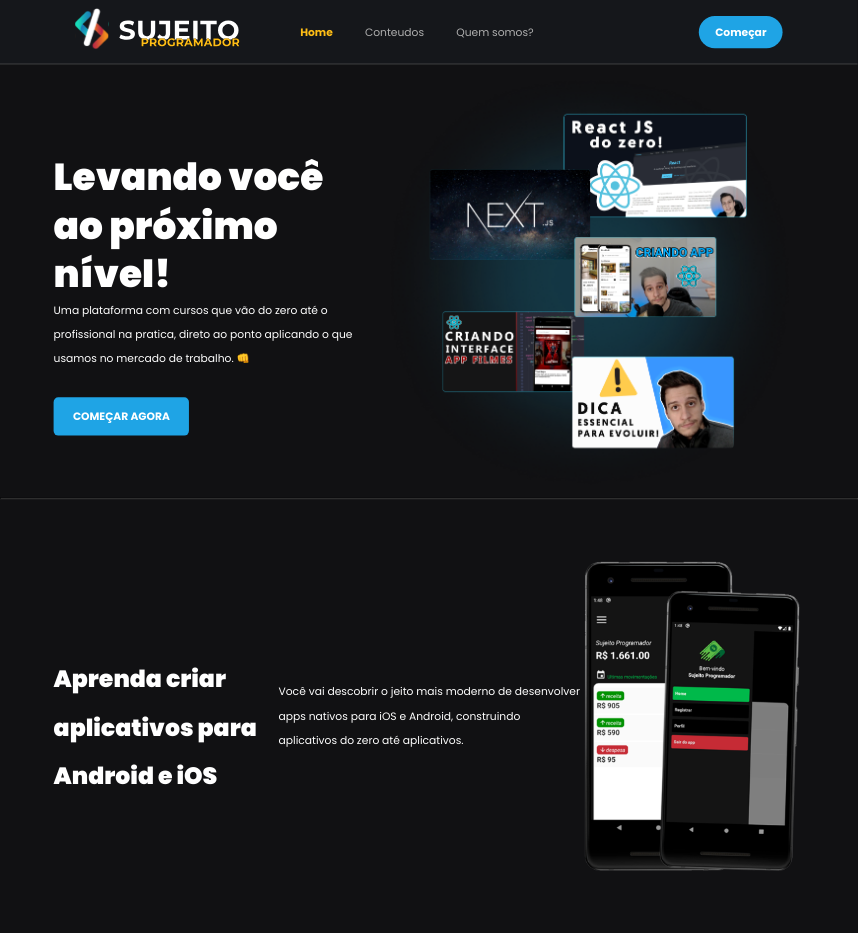
Repository: ArthurHendrich/Blog
Page: /
These files come from the project's save history. The page is drawn as it stood at one moment and after the next save; the edit follows.
The browser window is 1280 px wide. The pictures show the whole page, at 67% of full size.
The project was rebuilt for these pictures with package versions that can differ from the ones it lists, and the page was loaded fresh each time. The framework's server and built-in components were replaced by stand-ins that run in the browser. Also part of the build but not shown: next.config.js.

Above is the page before, as saved 2022-07-05 23:54:27.

### src/pages/_app.tsx
import { AppProps } from "next/app";
import { Header } from "../components/header";

import '../styles/global.scss';

function MyApp({ Component, pageProps }: AppProps) {
  return (
    <>
    <Header />
    <Component {...pageProps} />
    </>
  );
}

export default MyApp;

### src/pages/_document.tsx
import Document, { Html, Head, Main, NextScript } from "next/document";

export default class MyDocument extends Document {
  render() {
    return (
      <Html>
        <Head>
          <link rel="preconnect" href="https://fonts.googleapis.com" />
          <link
            href="https://fonts.googleapis.com/css2?family=Poppins:wght@400;500;700;900&display=swap"
            rel="stylesheet"
          />
          <link rel="shortcut icon" href="favicon.png" type="image/png" />
        </Head>
        <body>
          <Main />
          <NextScript />
        </body>
      </Html>
    );
  }
}

### src/pages/index.tsx
import Head from 'next/head';

import styles from '../styles/home.module.scss';

export default function Home() {
  return (
    <>
    <Head>
      <title>Home | Bootcamp</title>
    </Head>

    <main className={styles.container}>
      <div className={styles.containerHeader}>
        <section className={styles.ctaText}>
          <h1>Levando você ao próximo nível!</h1>
          <span>Uma plataforma com cursos que vão do zero até o profissional na pratica, direto ao ponto aplicando o que usamos no mercado de trabalho. 👊</span>
          <a>
            <button>
              COMEÇAR AGORA
            </button>
          </a>
        </section>
          <img src="/images/banner-conteudos.png" alt="Conteúdos" />
      </div>

      <hr className={styles.divisor} />

      <div className={styles.sectionContent} >
        <h2>Aprenda criar  aplicativos para Android e iOS</h2>
        <span>Você vai descobrir o jeito mais moderno de desenvolver apps nativos para iOS e Android, construindo aplicativos do zero até aplicativos.</span>
        <img src="/images/financasApp.png" alt="conteudos mobile" />
      </div>

    </main>
    </>
  )
}

### src/components/header/index.tsx
import Image from 'next/image';
import styles from './styles.module.scss';
import log from '../../../public/images/logo.svg';
import { ActiveLink } from '../ActiveLink';


export function Header() {
  return(
    <header className={styles.headerContainer}>
      <div className={styles.headerContent}>
      <ActiveLink href="/" activeClassName={styles.active}>
        <a>
          <Image src={log} alt="Logo"/>
        </a>
      </ActiveLink>

        <nav>
          <ActiveLink href="/" activeClassName={styles.active}>
            <a>Home</a>
          </ActiveLink>

          <ActiveLink href="/posts" activeClassName={styles.active}>
            <a>Conteudos</a>
          </ActiveLink>

          <ActiveLink href="/sobre" activeClassName={styles.active}>
            <a>Quem somos?</a>
          </ActiveLink>
        </nav>

        <a className={styles.readyButton} href="https://github.com/ArthurHendrich">Começar</a>
      </div>
    </header>
  )
}

### src/styles/global.scss
* {
  margin: 0;
  padding: 0;
  box-sizing: border-box;
}

:root {
  --white: #FFF;

  --gray-100: #AFAFAF;
  --gray-200: #525252;
  --gray-700: #15171b;
  --gray-900: #111113;

  --blue-900: #1fa4e5;
  --yellow-500: #FFBE16;
}

@media (max-width: 1080px) {
  html {
    font-size: 93.75%;
  }
}

@media (max-width: 720px) {
  html {
    font-size: 87.5%;
  }
}

body{
  background: var(--gray-900);
}

body, input, textarea, select, button {
  font: 400 1rem 'Poppins', sans-serif;
}

button {
  cursor: pointer;
}

a {
  color: inherit;
  text-decoration: none;
}

### src/styles/home.module.scss
.container {
  display: block;
}

.containerHeader{
  min-height: calc(100vh - 5rem);
  margin: 0 auto;
  max-width: 1120px;

  display: flex;
  align-items: center;
  justify-content: space-between;

  img{
    max-width: 640px;
  }
}

.ctaText {
  max-width: 600px;

  h1 {
    font-size: 3.5rem;
    line-height: 4.5rem;
    font-weight: 900;
    margin-top: 2.5rem;
    color: var(--white);
  }

  span{
    font-size: 1rem;
    line-height: 2.25rem;
    color: var(--white);
  }

  button {
    background-color: var(--blue-900);
    border: 0;
    padding: 1rem 1.8rem;
    margin-top: 2.5rem;
    border-radius: 7px;
    color: var(--white);
    font-weight: bold;
    transition: filter ease 0.2s;

    &:hover {
      filter: brightness(0.9);
    }
  }
}

.divisor {
  width: 100%;
  bottom: 0;
  height: 1px;
  border-color: var(--gray-200)
}

.sectionContent {
  margin: 5.5rem auto;
  max-width: 1120px;
  display: flex;
  align-items: center;
  justify-content: center;

  section {
    max-width: 670px;
  }

  img {
    max-width: 550px;
  }

  h2{
    font-size: 2.2rem;
    line-height: 4.5rem;
    font-weight: 900;
    margin-top: 2.2rem;
    color: var(--white);
  }

  span {
    font-size: 1rem;
    line-height: 2.25rem;
    color: var(--white);
  }
}

### src/components/header/styles.module.scss
.headerContainer {
  height: 6rem;
  border-bottom: 1px solid var(--gray-200);
  background: var(--gray-700);
}

.headerContent {
  max-width: 1120px;
  height: 6rem;
  margin: 0 auto;
  padding: 0 2rem;

  display: flex;
  align-items: center;

  img {
    cursor: pointer;
  }

  nav {
    margin-left: 5rem;
    height: 6rem;

    a {
      display: inline-block;
      position: relative;
      padding: 0 0.5rem;
      height: 6rem;
      line-height: 6rem;
      color: var(--gray-100);
      transition: color 0.2s;

      & + a {
        margin-left: 2rem;
      }

      &:hover {
        color: var(--white);
      }

      &.active{
        color: var(--yellow-500);
        font-weight: bold;
      }
    }
  }
}

.readyButton {
  margin-left: auto;
  height: 3rem;
  border-radius: 3rem;
  background: var(--blue-900);
  border: 0;
  padding: 0 1.5rem;
  display: flex;
  align-items: center;
  justify-content: center;
  color: var(--white);
  font-weight: bold;
  transition: filter 0.2s;

  &:hover {
    filter: brightness(1.1)
  }
}

@media (max-width: 870px){
  .headerContainer {
    height: 11rem;
    padding: 0.5rem 0;
  }

  .headerContent {
    display: flex;
    flex-direction: column;

    nav {
      display: block;
      margin-left: auto;
      margin-right: auto;
    }

    .readyButton {
      display: none;
    }
  }
}

### src/components/ActiveLink/index.tsx
import Link, { LinkProps } from "next/link";
import { useRouter } from "next/router";
import { cloneElement, ReactElement } from "react";

interface ActiveLinkProps extends LinkProps {
  children: ReactElement;
  activeClassName: string;
}

export function ActiveLink ({ children, activeClassName, ...rest }: ActiveLinkProps) {
  const { asPath } = useRouter();

  const className = asPath === rest.href ? activeClassName : '';


  return (
    <Link {...rest}>
      {cloneElement(children, { className })}
    </Link>
  )
}

After the next save:
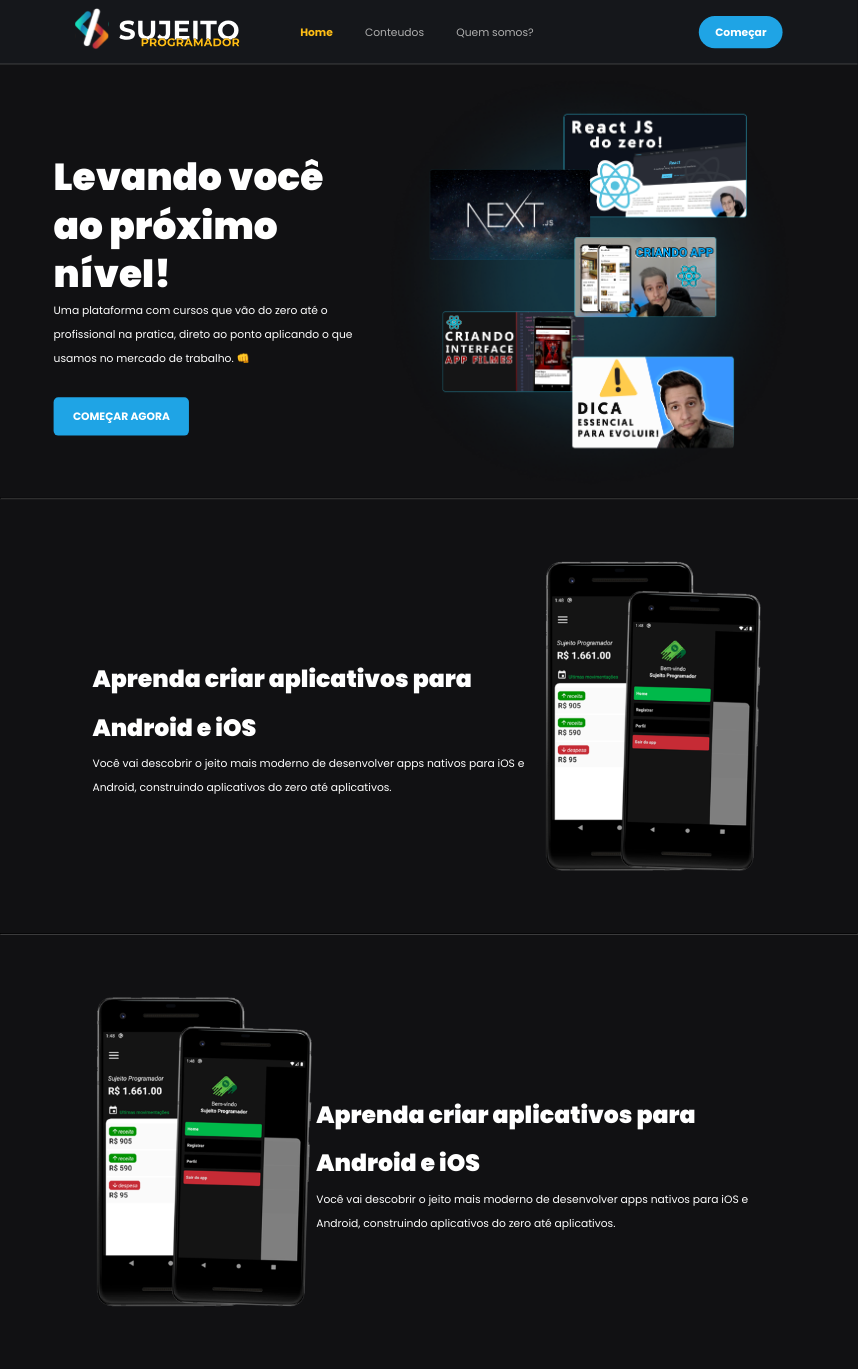
Saved 67 s later.
--- a/src/pages/index.tsx
+++ b/src/pages/index.tsx
@@ -26,9 +26,23 @@
       <hr className={styles.divisor} />
 
       <div className={styles.sectionContent} >
-        <h2>Aprenda criar  aplicativos para Android e iOS</h2>
-        <span>Você vai descobrir o jeito mais moderno de desenvolver apps nativos para iOS e Android, construindo aplicativos do zero até aplicativos.</span>
+        <section>
+          <h2>Aprenda criar  aplicativos para Android e iOS</h2>
+          <span>Você vai descobrir o jeito mais moderno de desenvolver apps nativos para iOS e Android, construindo aplicativos do zero até aplicativos.</span>
+        </section>
+
         <img src="/images/financasApp.png" alt="conteudos mobile" />
+      </div>
+
+      <hr className={styles.divisor} />
+
+      <div className={styles.sectionContent} >
+        <img src="/images/financasApp.png" alt="conteudos mobile" />
+
+        <section>
+          <h2>Aprenda criar  aplicativos para Android e iOS</h2>
+          <span>Você vai descobrir o jeito mais moderno de desenvolver apps nativos para iOS e Android, construindo aplicativos do zero até aplicativos.</span>
+        </section>
       </div>
 
     </main>
